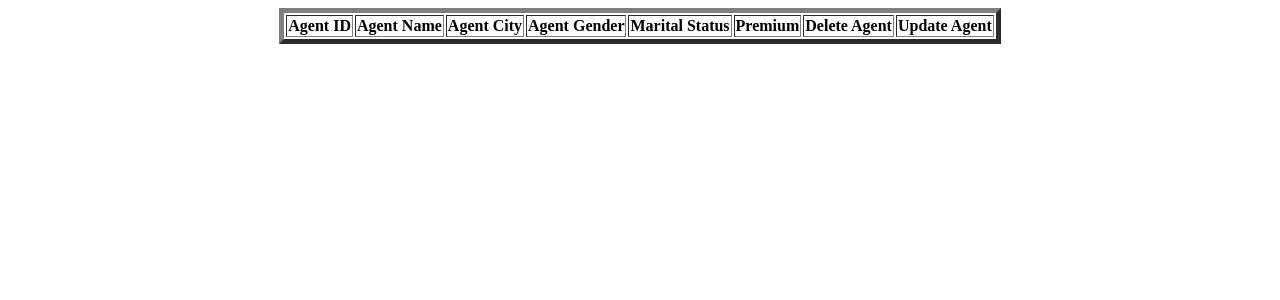
Repository: Guptaji153/Test002
Page: http://localhost/exam/ShowAgent.jsp
These files come from the project's save history. The page is drawn as it stood at one moment and after the next save; the edit follows.
The browser window is 1280 px wide. The pictures show the whole page.
The page is served by Tomcat 9. Queries for data that is not in the repository find no rows.

Above is the page before, as saved 2025-05-06 10:15:17.

After the next save:
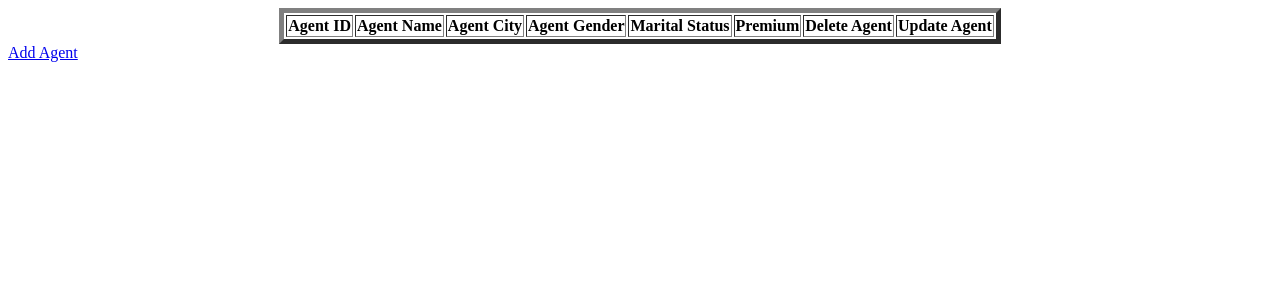
Saved 53 s later.
--- a/Day2/exam/src/main/webapp/ShowAgent.jsp
+++ b/Day2/exam/src/main/webapp/ShowAgent.jsp
@@ -43,6 +43,8 @@
     <% } %>
 </table>
 
+<a href = "AddAgent.jsp">Add Agent</a>
+
 
 </body>
 </html>
